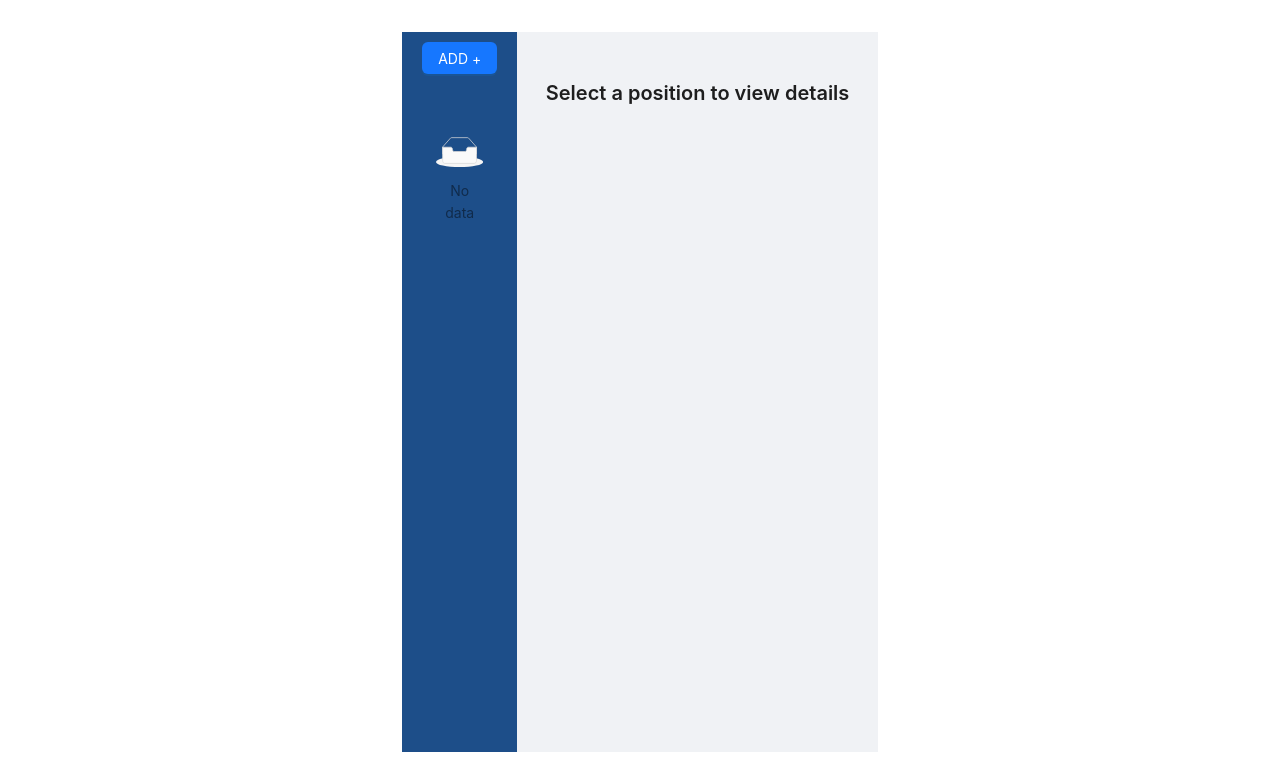
Repository: Moqueed/Delta_Iot
Page: /admin-dashboard/active-positions (app in client/)
The author's editor kept a copy of each file at every save. The page is drawn from the files as they stood at one save, then again after the next save.
The browser window is 1280 px wide. The pictures show the whole page.
The page's requests for data from a server got no answer. The project was rebuilt for these pictures with package versions that can differ from the ones it lists, and the page was loaded fresh each time. No one was signed in, and anything a server would have sent is missing. Also part of the build but not shown: client/vite.config.js, client/src/api/users.js, client/src/pages/Register/index.jsx, client/src/pages/Login/index.jsx, client/src/components/ProtectedRoute.jsx, client/src/pages/HR/HRDashboard.jsx, client/src/pages/Admin/AdminDashboard.jsx, client/src/pages/HR/TotalDataPage.jsx.

Above is the page before, as saved 2025-03-14 13:39:13.

After the next save:
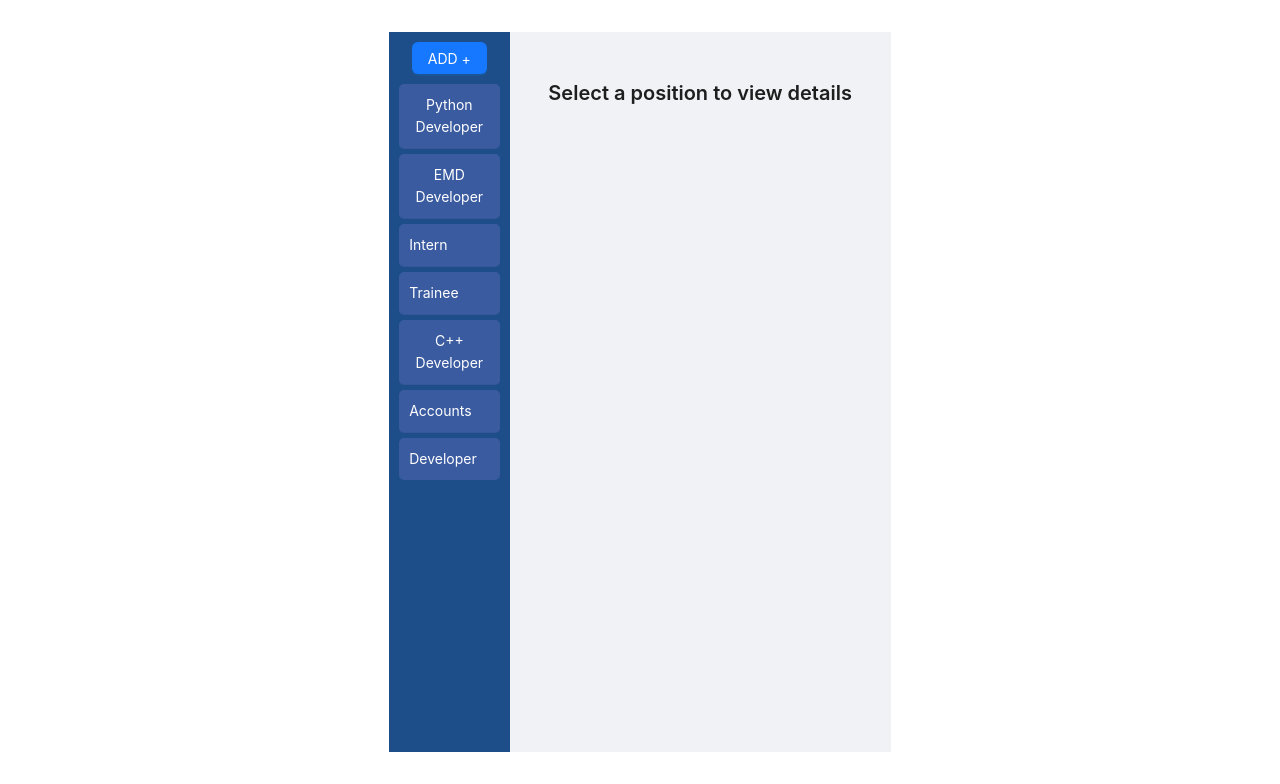
Saved 2 min 30 s later.
--- a/client/src/pages/Admin/ActivePositions.jsx
+++ b/client/src/pages/Admin/ActivePositions.jsx
@@ -5,20 +5,16 @@ import { Button, Input, Typography, List } from "antd";
 const { Title } = Typography;
 
 const ActivePositions = () => {
-  const [positions, setPositions] = useState([]);
+  const [positions, setPositions] = useState([
+    { job_id: 1, position: "Python Developer" },
+    { job_id: 2, position: "EMD Developer" },
+    { job_id: 3, position: "Intern" },
+    { job_id: 4, position: "Trainee" },
+    { job_id: 5, position: "C++ Developer" },
+    { job_id: 6, position: "Accounts" },
+    { job_id: 7, position: "Developer" },
+  ]);
   const [selectedPosition, setSelectedPosition] = useState(null);
-
-  useEffect(() => {
-    const loadPositions = async () => {
-      try {
-        const data = await fetchPositions();
-        setPositions(data);
-      } catch (error) {
-        console.error("Failed to fetch positions", error);
-      }
-    };
-    loadPositions();
-  }, []);
 
   const handleAddPosition = () => {
     const newPosition = {
